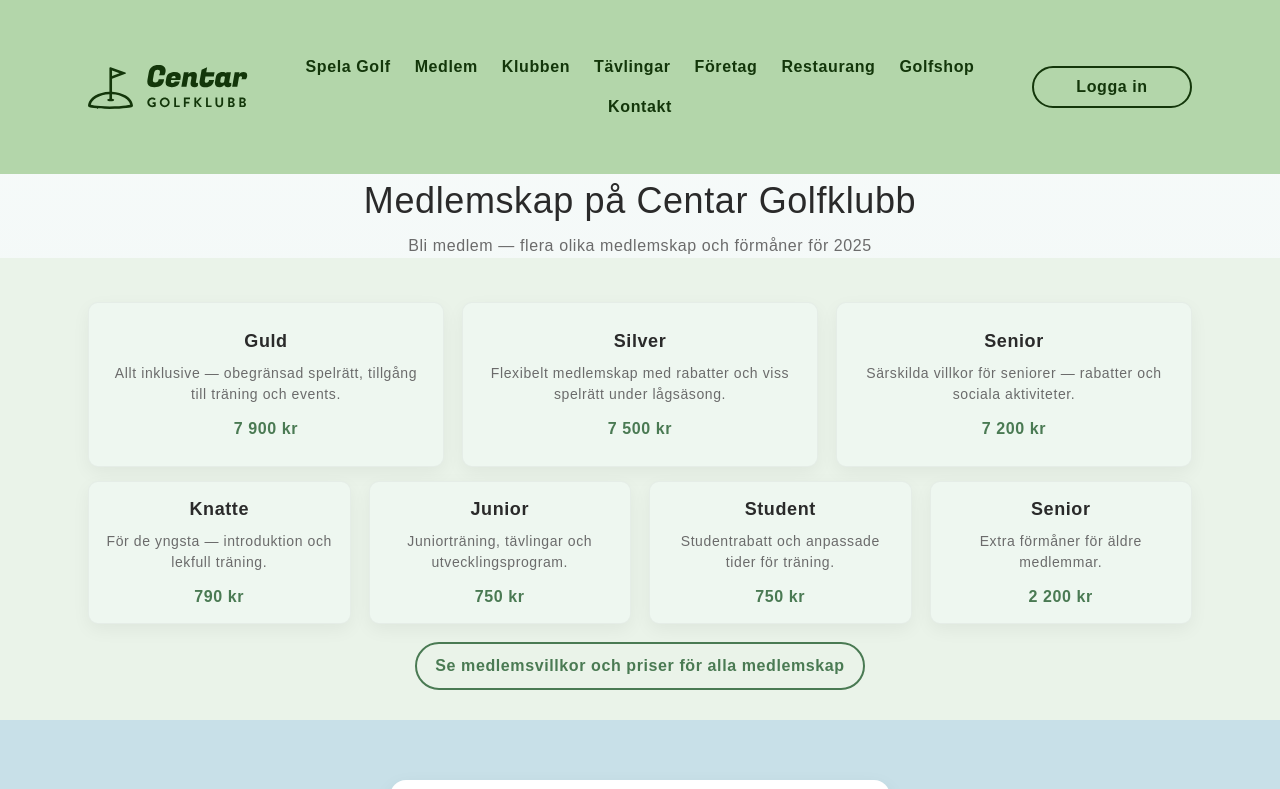
Repository: Tamana831/GolfklubbCentar
Page: Medlem.html
These files come from the project's save history. The page is drawn as it stood at one moment and after the next save; the edit follows.
The browser window is 1280 px wide. The pictures show the part of the page from y = 0 to 789 px (the page is 2431 px tall before and 1628 px after).
A picture or video elsewhere on the page could not be fetched, so the positions and the page height are approximate.

Above is the page before, as saved 2025-10-22 12:00:48.

### Medlem.html

<!DOCTYPE html>
<html lang="sv">
  <head>
    <meta charset="UTF-8" />
    <meta name="viewport" content="width=device-width, initial-scale=1.0" />
    <title>Design element</title>
    <!-- variables.css och base.css måste ligga överst då vi vill att den ska läsas in först -->
    <link rel="stylesheet" href="styles/variables.css" />
    <link rel="stylesheet" href="styles/base.css" />
    <link rel="stylesheet" href="styles/Medlem.css"/>
  </head>
  <body>
    <!-- Sätter färg hela vägen ut -->
    <header class="bg-green-mid">
      <!-- Nedan div för att sätta maxbredd på sidan -->
      <nav class="container main-nav-wrapper">
        <a href="#"
          ><img
            src="images/centar_logotype_primary_dark.svg"
            alt="Centar logotype"
            class="logotype"
        /></a>
        <input type="checkbox" id="menu-toggle" />
        <label for="menu-toggle" class="menu-button-container">
          <span class="menu-button"></span>
          <!--inline-->
        </label>
        <div class="menu-wrapper">
          <ul>
            <li><a href="spelagolf.html">Spela Golf</a></li>
            <li><a href="#">Medlem</a></li>
            <li><a href="#">Klubben</a></li>
            <li><a href="#">Tävlingar</a></li>
            <li><a href="#">Företag</a></li>
            <li><a href="#">Restaurang</a></li>
            <li><a href="#">Golfshop</a></li>
            <li><a href="#">Kontakt</a></li>
          </ul>
          <a href="#" class="button btn-primary-outline">Logga in</a>
        </div>
      </nav>
    </header>
  <main>

    <section class="Container ">
      <div class="container">
        <h1 class="page-title">Medlemskap på Centar Golfklubb</h1>
        <p class="subtitle">Bli medlem — flera olika medlemskap och förmåner för 2025</p>
      </div>
    </section>

    <!-- Membership cards -->
    <section class="memberships">
      <div class="container">
        <div class="cards-grid cards-grid-top">
          <article class="card">
            <h3>Guld</h3>
            <p class="card-text">Allt inklusive — obegränsad spelrätt, tillgång till träning och events.</p>
            <div class="price">7 900 kr</div>
          </article>

          <article class="card">
            <h3>Silver</h3>
            <p class="card-text">Flexibelt medlemskap med rabatter och viss spelrätt under lågsäsong.</p>
            <div class="price">7 500 kr</div>
          </article>

          <article class="card">
            <h3>Senior</h3>
            <p class="card-text">Särskilda villkor för seniorer — rabatter och sociala aktiviteter.</p>
            <div class="price">7 200 kr</div>
          </article>
        </div>

        <div class="cards-grid cards-grid-bottom">
          <article class="card small">
            <h4>Knatte</h4>
            <p class="card-text">För de yngsta — introduktion och lekfull träning.</p>
            <div class="price">790 kr</div>
          </article>

          <article class="card small">
            <h4>Junior</h4>
            <p class="card-text">Juniorträning, tävlingar och utvecklingsprogram.</p>
            <div class="price">750 kr</div>
          </article>

          <article class="card small">
            <h4>Student</h4>
            <p class="card-text">Studentrabatt och anpassade tider för träning.</p>
            <div class="price">750 kr</div>
          </article>

          <article class="card small">
            <h4>Senior</h4>
            <p class="card-text">Extra förmåner för äldre medlemmar.</p>
            <div class="price">2 200 kr</div>
          </article>
        </div>

        <div class="center-cta">
          <a class="btn-outline" href="#">Se medlemsvillkor och priser för alla medlemskap</a>
        </div>
      </div>
    </section>


  <!-- Medlemsansökan -->
   <!-- Medlemsansökan -->
<section class="membership-apply">
  <div class="apply-box">
    <h2>Bli medlem idag</h2>
    <p>Fyll i dina uppgifter så kontaktar vi dig med mer information om medlemskap.</p>

    <form class="apply-form">
      <label for="name">Namn*</label>
      <input type="text" id="name" placeholder="Ditt namn" required>

      <label for="email">E-post*</label>
      <input type="email" id="email" placeholder="namn@exempel.se" required>

      <label for="phone">Telefonnummer</label>
      <input type="tel" id="phone" placeholder="070-123 45 67">

      <label for="membership">Välj medlemskap</label>
      <select id="membership">
        <option value="">Välj...</option>
        <option value="guld">Guld</option>
        <option value="silver">Silver</option>
        <option value="senior">Senior</option>
        <option value="junior">Junior</option>
        <option value="student">Student</option>
      </select>

      <button type="submit">Skicka ansökan</button>
    </form>
  </div>
</section>
 <!-- Image + benefits -->
    <section class="benefits">
      <div class="container benefits-inner">
        <div class="image-wrap">
          <!-- ersätt sökvägen med din bild -->
          <img src="assets/golf.jpg" alt="Golf green with ball">
        </div>

        <div class="benefits-text">
          <h2>Som medlem i Centar GK får du</h2>
          <ul>
            <li>Fri Rangekort i klubben (enligt medlemsvillkor)</li>
            <li>Vår årliga klubbträff och medlemsrabatter</li>
            <li>10% rabatt på privatlektioner med våra pro</li>
            <li>Förmånsrätt vid tävlingar och klubbaktiviteter</li>
          </ul>
        </div>
      </div>
    </section>
  </main>
<!-- Footer -->
 <footer class="bg-green-dark">
      <div class="container text-white footer-wrapper">
        <nav class="foot-nav-wrapper body-sm">
          <div class="foot-nav-item foot-logo-wrapper">
            <a href="#"
              ><img
                src="/images/centar_logo_wordmark_neg.svg"
                alt="Centar logotype negative"
                class="logo-wordmark"
            /></a>
          </div>
          <section class="foot-nav-item">
            <h5 class="overline">Navigera</h5>
            <ul>
              <li><a href="#">Om klubben</a></li>
              <li><a href="#">Banan</a></li>
              <li><a href="#">Företag & Partners</a></li>
              <li><a href="#">Träna Golf</a></li>
              <li><a href="#">Gäst</a></li>
            </ul>
          </section>
          <section class="foot-nav-item">
            <h5 class="overline">Öppettider</h5>
            <p>Måndag – Lördag: 7.30-17.00</p>
            <p>Söndag: 7.30–16.00</p>
          </section>
          <section class="foot-nav-item">
            <h5 class="overline">Kontakt</h5>
            <a href="mailto:centar@info.se">info@centargolfklubb.se</a>
            <a href="tel:+123456789">012-345 678</a>
            <address>Bergkvarn<br />700 88 Örebro</address>
          </section>
          <section class="foot-nav-item">
            <h5 class="overline">Följ oss</h5>
            <ul>
              <li><a href="#">Instagram</a></li>
              <li><a href="#">Facebook</a></li>
              <li><a href="#">LinkedIn</a></li>
            </ul>
          </section>
        </nav>
        <div class="byline-wrapper text-center">
          <p>
            &copy; 2025 | Designad och utvecklad av Emma Golander, Josefin
            Holgersson, Tim Hugdahl, Tamana Mohammadi  | webd25jon TUC | HTML
            och CSS med agila utvecklingsmetoder
          </p>
        </div>
      </div>
    </footer>
  </body>
</html>

### styles/variables.css
/* Variabler. I och med att vi lägger det i root så går de att nå i alla css-filer.*/
:root {
  /* FÄRGER */
  --color-green-dark: #13360a;
  --color-green-mid: #b3d6aa;
  --color-green-light: #ecf6e9;
  --color-green-accent: #14bf71;

  --color-blue-mid: #c8e0e8;
  --color-blue-light: #e4f0f4;
  --color-beige-light: #f4f3e9;

  --color-text-black: #262626;
  --color-text-grey: #3d3d3d;
  --color-text-white: #ffffff;

  /* SPACING */
  --space-xxs: 0.5rem; /* 8px, minsta avstånd, typ ikoner, små knappar*/
  --space-xs: 1rem; /* 16px, litet avstånd, tex mellan text och knapp  */
  --space-sm: 1.5rem; /* 24px, lite större, ofta mellan rubrik och text */
  --space-md: 2.5rem; /* 40px, ännu lite större, ofta mellan större rubrik och text */
  --space-lg: 3.5rem; /* 56px */
  --space-xl: 5rem; /* 80px, större block, typ mellan sektioner*/
  --space-xxl: 7.5rem; /* 120px, stort avstånd mellan sektioner */
}

### styles/base.css
@import url("https://fonts.googleapis.com/css2?family=Raleway:ital,wght@0,100..900;1,100..900&display=swap");
/* Reset */
* {
  box-sizing: border-box;
  margin: 0;
  padding: 0;
  line-height: 1.5;
}

body {
  color: var(--color-text-black); /* Textfärg för hela sidan */
  font-family: "Raleway", sans-serif;
  font-weight: 500;
  letter-spacing: 0.6px;
  -webkit-font-smoothing: antialiased;
  -moz-osx-font-smoothing: grayscale;
}

/* Klassen container styr sidans maxbredd. */
.container {
  margin: 0 auto;
  max-width: 1280px;
  /* Är det för tight padding i mobil?? */
  padding-left: var(--space-sm);
  padding-right: var(--space-sm);
}
/* @media (min-width: 768px) {
  .container {
    padding-left: var(--space-sm);
    padding-right: var(--space-sm);
  }
} */

/* ---------- BAKGRUNDSFÄRG styling  ---------- */
/* Gör vad som känns enklast, antingen med klass på html-elmentet eller med hjälp av css direkt på elementet. */
.bg-green-dark {
  background-color: var(--color-green-dark);
}
.bg-green-mid {
  background-color: var(--color-green-mid);
}
.bg-green-light {
  background-color: var(--color-green-light);
}
.bg-blue-mid {
  background-color: var(--color-blue-mid);
}
.bg-blue-light {
  background-color: var(--color-blue-light);
}
.bg-beige-light {
  background-color: var(--color-beige-light);
}

/* ---------- TEXT styling ---------- */
/* Utgår från mobil och skalar upp, se media queries */
/* text- för rubriker */
.text-xxl,
.text-xl,
.text-lg,
.text-md,
.text-sm {
  font-weight: 600;
  letter-spacing: normal; /* nollställer letter-spacing som är satt i body */
  line-height: 1.2;
}
.text-xxl {
  font-size: 2.5rem; /* 40px mobil, 64px desktop */
}
.text-xl {
  font-size: 2rem; /* 32px mobil, 48px desktop */
  margin-bottom: var(--space-md);
}
.text-lg {
  font-size: 1.75rem; /* 28px mobil, 32px desktop */
  margin-bottom: var(--space-sm);
}
.text-md {
  font-size: 1.25rem; /* 20px mobil, 24px desktop */
  margin-bottom: var(--space-xs);
}
.text-sm {
  font-size: 1rem; /* 16px */
  margin-bottom: var(--space-xs);
}
/* body- för brödtext och ingress */
.body-sm {
  font-size: 0.875rem; /* 14px */
}
.body {
  font-size: 1rem; /* 16px */
}
.body-lg {
  font-size: 1rem; /* 16px mobil, 20px desktop */
}
.overline {
  font-size: 1rem; /* 16px */
  font-weight: 500;
  text-transform: uppercase;
  letter-spacing: 1px;
}
/* Större px-storlek från tablet och uppåt */
@media (min-width: 768px) {
  .text-xxl {
    font-size: 4rem; /* 64px */
  }
  .text-xl {
    font-size: 3rem; /* 48px */
  }
  .text-lg {
    font-size: 2rem; /* 32px */
  }
  .text-md {
    font-size: 1.5rem; /* 24px */
  }
  .body-lg {
    font-size: 1.25rem; /* 20px */
  }
}
/* Hjälpklasser */
.text-center {
  text-align: center;
}
.text-white {
  color: var(--color-text-white);
}
.bold {
  font-weight: 700;
}
/* ----------  BUTTONS ---------- */
/* Grundstyling som gäller alla knappar (a-taggar och buttons) */
.button {
  /* Button reset */
  appearance: none; /* tar bort systemets knappstil. */
  -webkit-appearance: none; /* för Safari */
  -moz-appearance: none; /* för Firefox */
  border: none;
  font: inherit; /* Ärver samma font som sidan */
  /* Sätter fast höjd på knappar och justerar in med flex, så man vet att alla knappat alltid är lika höga. */
  height: 42px;
  width: fit-content;
  max-width: 100%;
  display: flex;
  justify-content: center;
  align-items: center;
  text-decoration: none;
  font-weight: 600;
  text-align: center;
  border-radius: 999px;
  padding: 0 var(--space-md); /* Enbart padding i sidled pga fast höjd och flex*/
  cursor: pointer;
  will-change: transform;
  transition: background-color 0.25s ease, transform 0.15s ease;
}
.button:hover {
  transform: scale(1.03);
}
.btn-primary {
  /* Mörkgrön */
  background-color: var(--color-green-dark);
  color: var(--color-beige-light);
}
.btn-cta {
  background-color: var(--color-green-accent);
  color: var(--color-text-white);
}
.btn-primary:hover,
.btn-cta:hover {
  background-color: color-mix(in srgb, var(--color-green-accent) 85%, black);
}
.btn-primary-outline {
  /* Mörkgrön outline */
  border: 2px solid var(--color-green-dark);
  background-color: transparent;
  color: var(--color-green-dark);
}
.btn-primary-outline:hover {
  background-color: var(--color-green-dark);
  color: var(--color-beige-light);
}
/* Focus ring t.ex. när man tabbar sig fram */
.button:focus-visible {
  outline: 3px solid color-mix(in srgb, var(--color-green-accent) 70%, white);
  outline-offset: 3px;
}
@media (max-width: 420px) {
  .button {
    height: auto;
    min-height: 42px;
    padding: 0.5rem var(--space-md);
    white-space: normal;
    line-height: 1.2;
  }
}

/* ---------- NAVIGATION ---------- */
.main-nav-wrapper {
  display: flex;
  justify-content: space-between;
  align-items: center;
  position: relative;
  padding-top: var(--space-sm);
  padding-bottom: var(--space-sm);
}
.logotype {
  width: 140px;
  /* Tar bort margin i botten på bild */
  display: block;
}
.menu-wrapper {
  position: absolute;
  top: 100%; /* lägger meny precis under nav */
  left: 0;
  right: 0;
  background-color: var(--color-green-mid);
  border-top: 1px solid var(--color-green-dark);
  box-shadow: 0 4px 16px 0 rgba(0, 0, 0, 0.08);
  display: flex;
  flex-direction: column;
  padding: var(--space-sm) var(--space-sm) var(--space-lg) var(--space-sm);
  gap: var(--space-xs); /* Avstånd mellan meny och knapp */
  /* Animerar opaciteten */
  max-height: 0;
  opacity: 0;
  overflow: hidden;
  transition: all 700ms cubic-bezier(0.23, 1, 0.32, 1);
}
.menu-wrapper li {
  list-style: none;
  font-size: 1.25rem;
  margin-bottom: var(--space-xs);
}
.menu-wrapper a {
  text-decoration: none;
  color: var(--color-green-dark);
  font-weight: 600;
  transition: background-color 0.5s;
}
.menu-wrapper li a:hover,
.menu-wrapper li a.current {
  padding-bottom: 4px;
  border-bottom: 2px solid var(--color-green-dark);
}
/* Styling hamburgerikon */
.menu-button-container {
  height: 100%;
  width: 32px;
  cursor: pointer;
  display: flex;
  flex-direction: column;
  justify-content: center;
  align-items: center;
}
/* Döljer själva checkboxen*/
#menu-toggle {
  display: none;
}
/* Checkbox (hamburgermenyn) kryssad, menyn visas */
#menu-toggle:checked ~ .menu-wrapper {
  max-height: 600px;
  opacity: 1;
}
/* Hamburgerikonens transformation till ett "X" */
#menu-toggle:checked + .menu-button-container .menu-button::before {
  margin-top: 0;
  transform: rotate(45deg);
}
#menu-toggle:checked + .menu-button-container .menu-button {
  background: transparent;
}
#menu-toggle:checked + .menu-button-container .menu-button::after {
  margin-top: 0;
  transform: rotate(-45deg);
}
/* Stylar "strecken" i hamburgermenyn  */
.menu-button,
.menu-button::before,
.menu-button::after {
  display: block;
  background-color: var(--color-green-dark);
  position: absolute;
  height: 3px;
  width: 30px;
  border-radius: 2px;
  transition: transform 400ms cubic-bezier(0.23, 1, 0.32, 1);
}
.menu-button::before {
  content: "";
  margin-top: -8px;
}
.menu-button::after {
  content: "";
  margin-top: 8px;
}
/* Desktop */
@media (min-width: 1024px) {
  .main-nav-wrapper {
    align-items: flex-start;
    padding-top: var(--space-md);
    padding-bottom: var(--space-md);
  }
  .logotype {
    width: 200px;
    padding-right: var(--space-md);
  }
  .menu-button-container {
    display: none; /* Döljer hamburgarikon */
  }
  .menu-wrapper {
    position: static;
    background-color: transparent;
    display: flex;
    flex-direction: row;
    align-items: flex-start;
    padding: 0;
    gap: var(--space-md); /* Avstånd mellan meny och knapp */
    box-shadow: none;
    border-top: none;
    /* Återställer styling för animering */
    max-height: none;
    opacity: 1;
    overflow: visible;
    transition: none;
  }
  .menu-wrapper ul {
    display: flex;
    flex-wrap: wrap;
    justify-content: center;
    align-items: center;
    column-gap: var(--space-sm);
    row-gap: var(--space-xs);
  }
  .menu-wrapper li {
    margin-bottom: 0;
    font-size: 1rem;
  }
  .menu-wrapper .button {
    min-width: 160px; /* Måste sätta bredd annars vill texten hamna på två rader */
  }
}
@media (min-width: 1200px) {
  .main-nav-wrapper {
    align-items: center;
  }
  .menu-wrapper {
    align-items: center;
  }
}

/* Exempel-styling */
.hero {
  display: flex;
  flex-direction: column;
  justify-content: center;
  align-items: center;
  background-color: plum; /* Färg och höjd för att man ska se något nu.*/
  height: 500px;
  margin-bottom: var(--space-xl);
}
.btn-wrapper {
  display: flex;
  gap: var(--space-xs);
}

/* ----------  FOOTER ---------- */
/* Container-klassen styr padding i sidled så sätter top och bottom här. */
.footer-wrapper {
  padding-top: var(--space-xl);
  padding-bottom: var(--space-md);
}
.foot-nav-wrapper {
  display: grid; /* Grid aktiverad från start */
  grid-template-columns: 1fr;
  gap: var(--space-md); /* Mellanrum mellan sektioner */
  margin-bottom: var(--space-md);
}
footer .logo-wordmark {
  width: 100px;
}
footer .overline {
  margin-bottom: var(--space-xxs);
}
.foot-nav-item a,
.foot-nav-item p,
.foot-nav-item address {
  margin-bottom: var(--space-xxs);
  font-style: normal;
}
.foot-nav-item li {
  list-style: none;
}
.foot-nav-item a {
  display: block;
  text-decoration: none;
  color: var(--color-text-white);
}
.foot-nav-item a:hover {
  text-decoration: underline;
}
.byline-wrapper {
  border-top: 0.5px solid var(--color-beige-light);
}
.byline-wrapper p {
  font-size: 0.75rem;
  padding-top: var(--space-sm);
}
/* Tablet */
@media (min-width: 768px) {
  .foot-nav-wrapper {
    grid-template-columns: repeat(3, 1fr);
  }
  .foot-logo-wrapper {
    grid-column: span 3;
  }
}
/* Desktop */
@media (min-width: 1200px) {
  .foot-nav-wrapper {
    grid-template-columns: repeat(5, 1fr);
  }
  .foot-logo-wrapper {
    grid-column: span 1;
  }
}

### styles/Medlem.css
/* styles.css */
:root{
  --green-100: #eaf3e9;
  --green-200: #cfe6cf;
  --green-500: #91b67f;
  --accent: #4a7a53;
  --muted: #6b6b6b;
  --card-bg: #ffffff;
  --radius: 12px;
  --container-max: 1100px;
  font-family: 'Poppins', system-ui, -apple-system, "Segoe UI", Roboto, "Helvetica Neue", Arial;
}

*{box-sizing:border-box}
html,body{height:100%}
body{
  margin:0;
  color:#222;
  background: linear-gradient(180deg, #f7fbfb 0%, #f0f6f3 100%);
  -webkit-font-smoothing:antialiased;
  -moz-osx-font-smoothing:grayscale;
  line-height:1.45;
}

/* container */
.container{
  width:90%;
  max-width:var(--container-max);
  margin:0 auto;
}

/* Hero */
.hero{
  padding:30px 0 10px;
  background:linear-gradient(180deg, rgba(255,255,255,0.85), rgba(248,252,249,0.9));
}
.page-title{
  margin:0 0 6px;
  font-size:36px;
  text-align:center;
  font-weight:500;
}
.subtitle{
  text-align:center;
  color:var(--muted);
  margin-top:6px;
}

/* Memberships */
.memberships{
  padding:30px 0;
  background:var(--green-100);
}
.cards-grid{
  display:grid;
  gap:18px;
  margin:14px 0;
}
.cards-grid-top{
  grid-template-columns: repeat(3, 1fr);
}
.cards-grid-bottom{
  grid-template-columns: repeat(4, 1fr);
}

/* Card */
.card{
  background:var(--card-bg);
  border-radius:var(--radius);
  padding:18px;
  box-shadow: 0 6px 18px rgba(20,20,20,0.05);
  border: 1px solid rgba(0,0,0,0.04);
}
.card h3, .card h4{
  margin:0 0 8px;
  font-size:18px;
}
.card .card-text{
  color:var(--muted);
  font-size:14px;
  margin-bottom:12px;
}
.price{
  font-weight:700;
  color:var(--accent);
  font-size:16px;
}

/* small cards slightly different padding */
.card.small{padding:14px}

/* CTA center */
.center-cta{
  display:flex;
  justify-content:center;
  margin-top:18px;
}
.btn-outline{
  display:inline-block;
  padding:10px 18px;
  border-radius:999px;
  border:2px solid var(--accent);
  color:var(--accent);
  text-decoration:none;
  font-weight:600;
}

/* Benefits (bilder + text) */
.benefits{
  padding:36px 0 80px;
}
.benefits-inner{
  display:grid;
  grid-template-columns: 1fr 1fr;
  gap:28px;
  align-items:center;
  background:transparent;
}
.image-wrap img{
  width:100%;
  height:auto;
  border-radius:16px;
  display:block;
  box-shadow: 0 10px 30px rgba(10,10,10,0.06);
}
.benefits-text h2{
  margin-top:0;
  font-size:26px;
}
.benefits-text ul{
  padding-left:18px;
  color:var(--muted);
  margin-top:12px;
}
.benefits-text li{
  margin-bottom:10px;
}

/* -- Medlemsansökan box -- */
.membership-apply {
  background: #C8E0E8;
  padding: 60px 20px;
  display: flex;
  justify-content: center;
}

.apply-box {
  background: #ffffff;
  border-radius: 16px;
  padding: 40px 30px;
  box-shadow: 0 8px 20px rgba(0,0,0,0.08);
  max-width: 500px;
  width: 100%;
  text-align: center;
}

.apply-box h2 {
  color: #1f2b28;
  margin-bottom: 10px;
}

.apply-box p {
  color: #555;
  margin-bottom: 25px;
}

.apply-form {
  display: flex;
  flex-direction: column;
  gap: 14px;
  text-align: left;
}

.apply-form label {
  font-weight: 500;
  font-size: 0.95rem;
  color: #333;
}

.apply-form input,
.apply-form select {
  padding: 10px 12px;
  border-radius: 10px;
  border: 1px solid #ccc;
  font-size: 0.95rem;
}

.apply-form button {
  margin-top: 10px;
  background: #4a7a53;
  color: white;
  border: none;
  border-radius: 999px;
  padding: 12px 20px;
  font-size: 1rem;
  font-weight: 600;
  cursor: pointer;
  transition: background 0.25s ease;
}

.apply-form button:hover {
  background: #3d6848;
}

/* Footer */
.site-footer{
  padding:20px 0;
  border-top:1px solid rgba(0,0,0,0.04);
  background:transparent;
}
.footer-inner{display:flex;justify-content:center;color:var(--muted);font-size:14px}

/* Responsive */
@media (max-width: 992px){
  .cards-grid-top{grid-template-columns: repeat(2, 1fr);}
  .cards-grid-bottom{grid-template-columns: repeat(2, 1fr);}
  .benefits-inner{grid-template-columns:1fr;}
  .page-title{font-size:30px}
}

@media (max-width: 640px){
  .main-nav{display:none}
  .header-inner{padding:0 4px}
  .cards-grid-top{grid-template-columns:1fr;}
  .cards-grid-bottom{grid-template-columns:1fr;}
  .page-title{font-size:24px}
  .hero{padding:26px 0}
  .logo-mark{width:40px;height:40px}
  .benefits{padding:20px 0}
}
/* Fonts & Base */
body {
    margin: 0;
    font-family: Arial, sans-serif;
    color: #2a2a2a;
}

/* Layout helpers */
.container {
    width: 90%;
    max-width: 1200px;
    margin: auto;
}

/* Header */
header {
    background: #d7e9da;
    padding: 15px 0;
}

.nav {
    display: flex;
    justify-content: space-between;
    align-items: center;
}

.logo {
    font-weight: bold;
    font-size: 20px;
}

nav ul {
    list-style: none;
    display: flex;
    gap: 25px;
}

nav a {
    text-decoration: none;
    color: #1c421f;
    font-weight: 500;
}

.login-btn {
    background: white;
    padding: 8px 16px;
    border-radius: 20px;
    color: #1c421f;
    text-decoration: none;
    border: 1px solid #1c421f;
}

/* Hero */
.hero {
    text-align: center;
    padding: 60px 20px;
}

.hero h1 {
    font-size: 32px;
    margin-bottom: 10px;
}

/* Cards */
.cards {
    display: grid;
    grid-template-columns: repeat(auto-fit, minmax(250px, 1fr));
    gap: 20px;
    margin: 40px 0;
}

.card {
    background: #eef7f0;
    border-radius: 10px;
    padding: 25px;
    text-align: center;
}

.price {
    display: block;
    margin-top: 10px;
    font-weight: bold;
}

/* CTA */
.cta-center {
    text-align: center;
    margin: 30px 0 60px;
}

.cta-btn {
    background: #1c421f;
    color: white;
    padding: 14px 26px;
    border-radius: 25px;
    text-decoration: none;
}

/* Footer */
footer {
    text-align: center;
    padding: 20px;
    background: #d7e9da;
    margin-top: 40px;
}

After the next save:
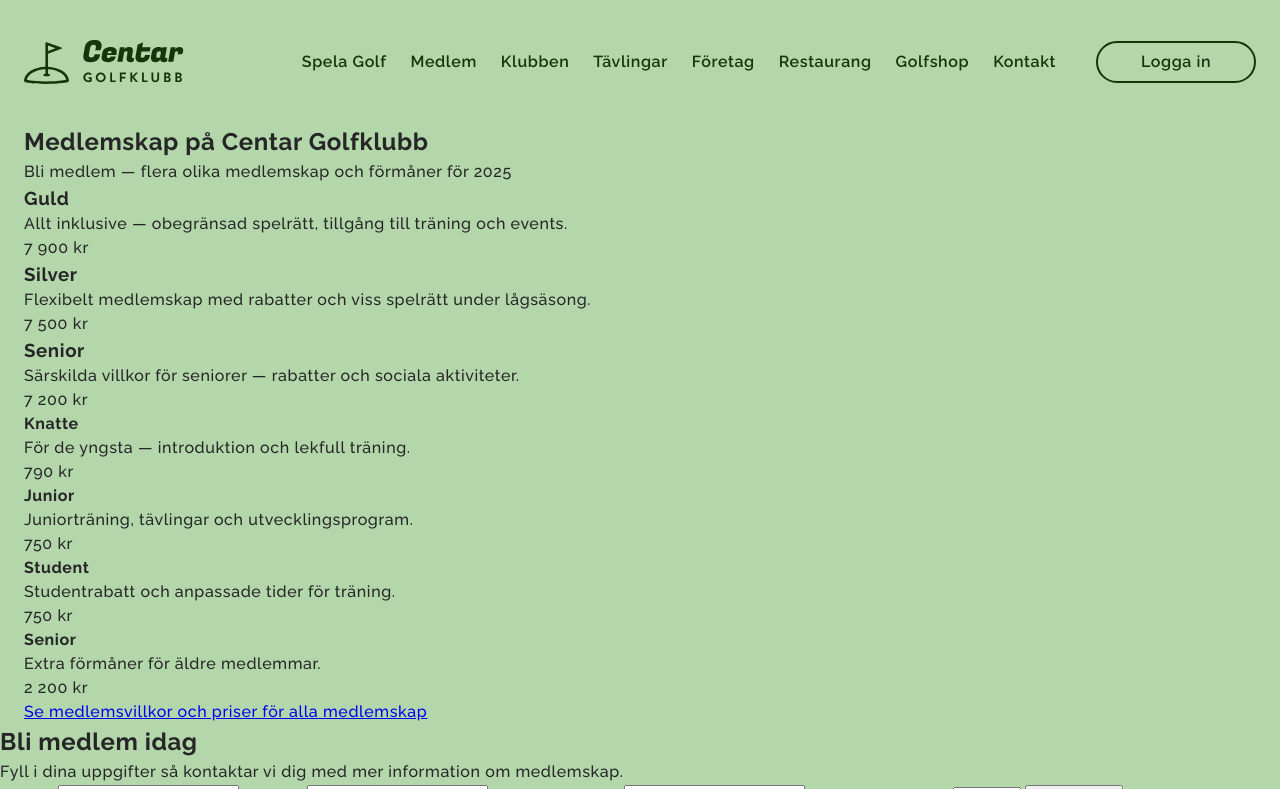
Saved 66 s later.
--- a/Medlem.html
+++ b/Medlem.html
@@ -8,7 +8,6 @@
     <!-- variables.css och base.css måste ligga överst då vi vill att den ska läsas in först -->
     <link rel="stylesheet" href="styles/variables.css" />
     <link rel="stylesheet" href="styles/base.css" />
-    <link rel="stylesheet" href="styles/Medlem.css"/>
   </head>
   <body>
     <!-- Sätter färg hela vägen ut -->
@@ -40,8 +39,6 @@
           <a href="#" class="button btn-primary-outline">Logga in</a>
         </div>
       </nav>
-    </header>
-  <main>
 
     <section class="Container ">
       <div class="container">
